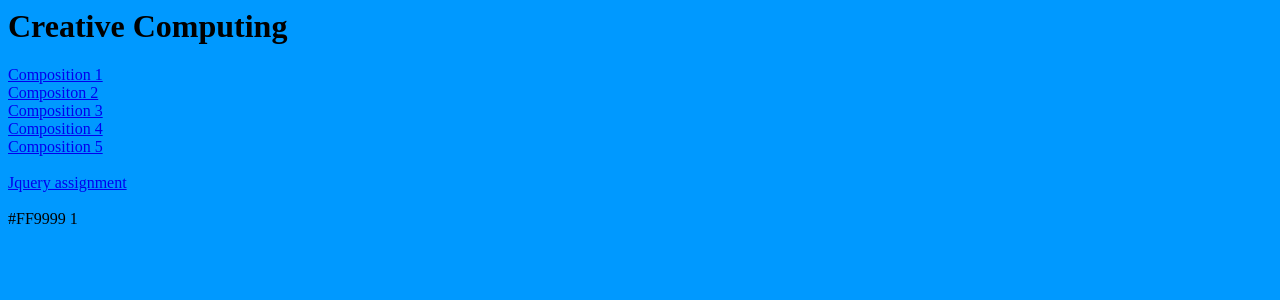
Repository: dominiquedevito/dominiquedevito.github.io
Page: index.html
The author's editor kept a record of every edit. The page is drawn from the files as they stood at one moment, then again after the next edit.
The browser window is 1280 px wide. The pictures show the whole page.

Above is the page before.

After the next edit:
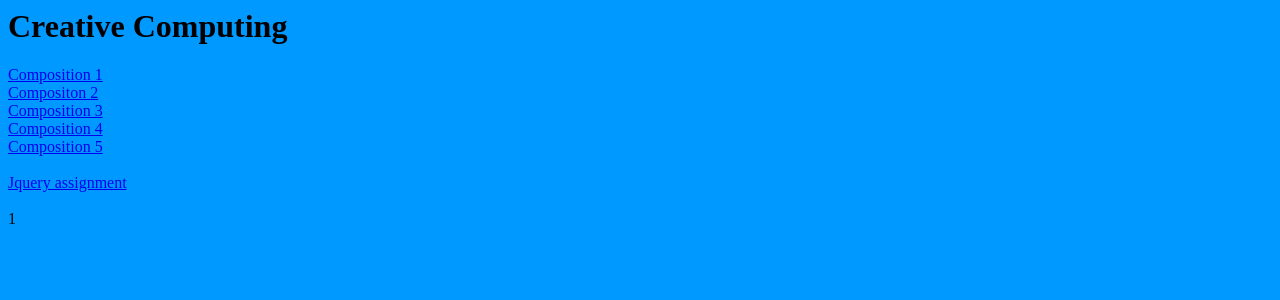
The edit:
--- a/index.html
+++ b/index.html
@@ -11,7 +11,7 @@
 	    <a href="5compositions/composition5.html">Composition 5</a><br><br>
 	     <a href="5compositions/DDscript.js">Jquery assignment</a><br><br>
 
-	     #FF9999
+
 
 	</body>
 </html>1
